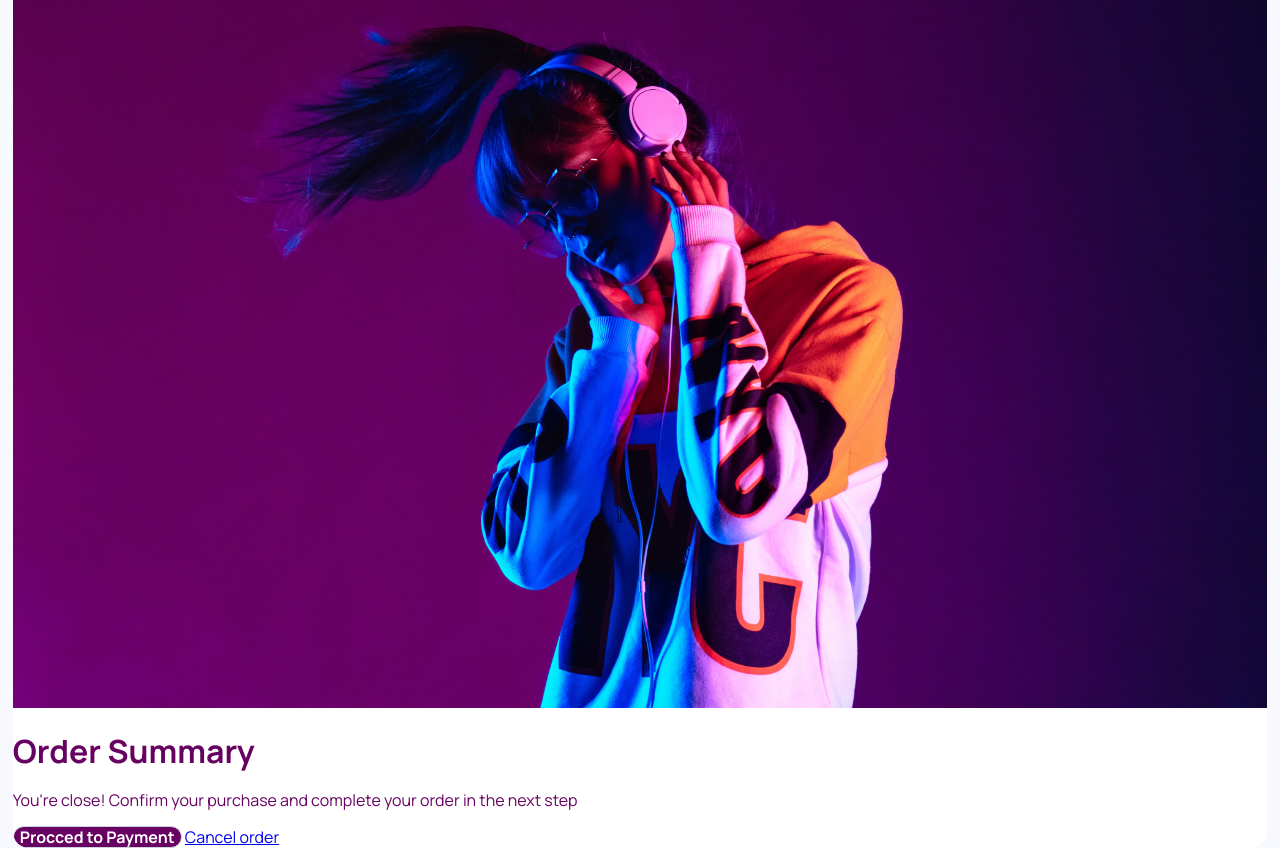
Repository: ssynowiec/INVO-Academy-solution
Page: /
The author's editor kept a copy of each file at every save. The page is drawn from the files as they stood at one save, then again after the next save.
The browser window is 1280 px wide. The pictures show the whole page.
The project was rebuilt for these pictures with package versions that can differ from the ones it lists, and the page was loaded fresh each time.

Above is the page before, as saved 2023-02-16 08:45:05.

### index.html
<!DOCTYPE html>
<html lang="en">

<head>
  <meta charset="UTF-8" />
  <link rel="icon" type="image/svg+xml" href="/vite.svg" />
  <meta name="viewport" content="width=device-width, initial-scale=1.0" />
  <title>INVO Academy JS Starter with Vite</title>
</head>

<!-- In order to start your challenge, remove all the content inside <div id="home-page"></div> and start coding :) -->

<body>
  <div id="home-page" class="container">
    <section class="order">
      <img src="/images/girl.jpeg" alt="" class="image">
      <h1>Order Summary</h1>
      <p>You're close! Confirm your purchase and complete your order in the next step</p>
      <div></div>
      <button class="button">Procced to Payment</button>
      <a href="#">Cancel order</a>
    </section>
  </div>

  <script type="module" src="/src/global-scripts/main.js"></script>
  <script type="module" src="/src/pages/home-page/scripts/home-page.js"></script>
</body>

</html>

### src/pages/home-page/scripts/home-page.js
/// Homepage JavaScript File
/// Here we import all the JavaScript files we need for our homepage.

import '../styles/home-page.scss';

### src/global-styles/style.scss
/// Main Styles File
/// Here we import all the global Styles files we need for our project.

@import 'styles/normalize.scss';
@import 'styles/root.scss';
@import 'styles/fonts.scss';

body {
	font-family: 'Manrope', sans-serif;
	color: var(--color-primary);
	background-color: var(--color-background);
	display: flex;
	justify-content: center;
	align-items: center;
	height: 100vh;
}

p {
	color: var(--color-on-surface);
}

### src/pages/home-page/styles/home-page.scss
/// Homepage Styles File
/// Here we import all the Styles files we need for our Homepage.

.container {
	display: flex;
	justify-content: center;
}

.order {
	width: 98%;
	border-radius: 16px;
	overflow: hidden;
	background-color: var(--color-white);
}

.image {
	width: 100%;
}

.button {
	border-radius: 16px;
	font-weight: bold;
	border: 1px solid var(--color-stroke);
	background-color: var(--color-primary);
	color: var(--color-white);
	cursor: pointer;
}

.button:hover {
	background-color: var(--color-primary-hover);
}

### src/global-styles/styles/root.scss
/// Root Styles file
/// Here we define all the root variables we need for our project.
/// For examples see Material Design color system: https://m2.material.io/design/color/the-color-system.html

:root {
	--color-primary: #680262;
	--color-primary-hover: #490245;
	--color-background: #f8f9fe;
	--color-title: #151827;
	--color-body: #85859b;
	--color-stroke: #cfd1dd;
	--color-white: #ffffff;
}

### src/global-styles/styles/fonts.scss
/// Main Fonts File
/// Here we import all the fonts files we need for our project.

@import url('https://fonts.googleapis.com/css2?family=Manrope:wght@200;300;400;500;600;700;800&display=swap');

Loaded but not shown: src/global-scripts/main.js (common file); src/global-styles/styles/normalize.scss (common file)

After the next save:
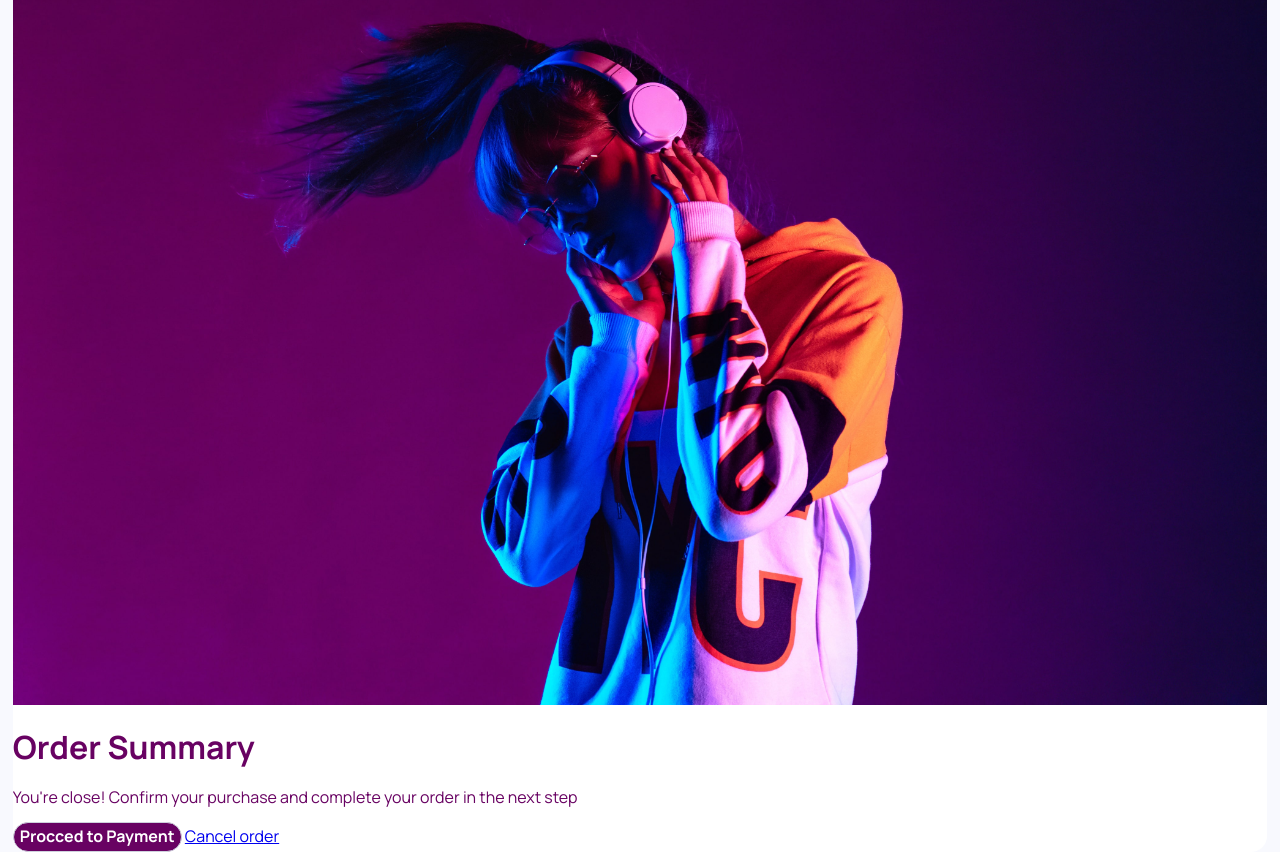
Saved 14 s later.
--- a/src/pages/home-page/styles/home-page.scss
+++ b/src/pages/home-page/styles/home-page.scss
@@ -20,6 +20,7 @@
 .button {
 	border-radius: 16px;
 	font-weight: bold;
+	line-height: 160%;
 	border: 1px solid var(--color-stroke);
 	background-color: var(--color-primary);
 	color: var(--color-white);
